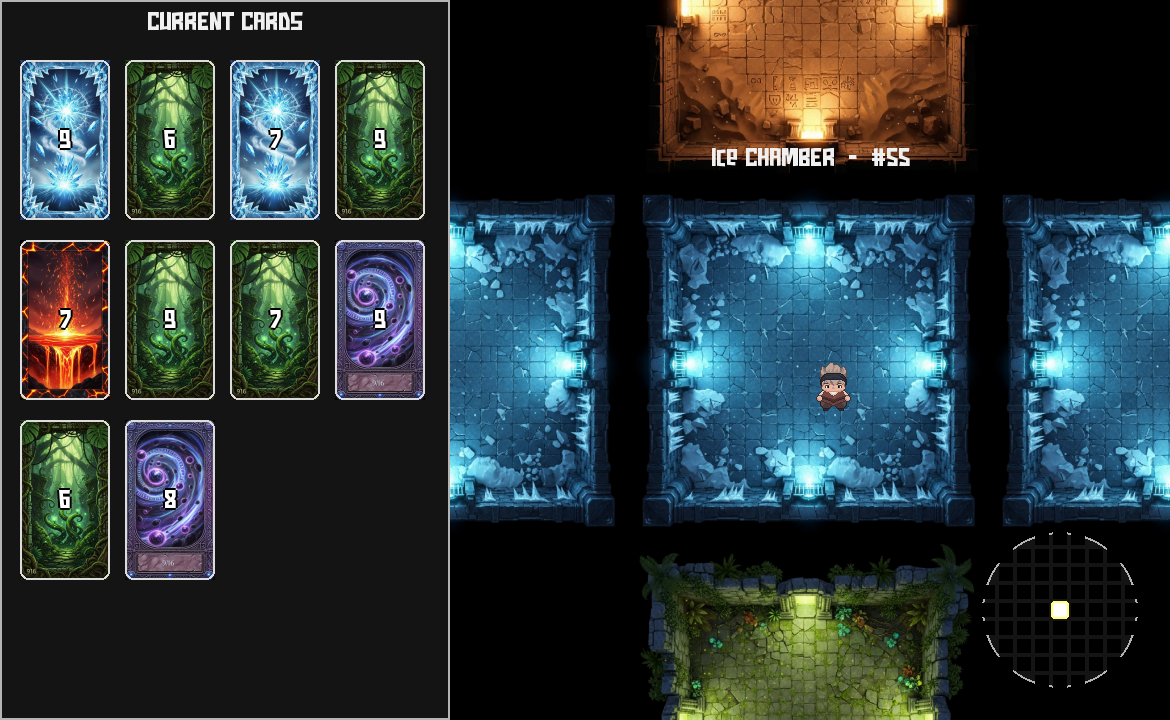
Repository: MehediMim/GateBound
Script's output: python main.py
The author's editor kept a copy of each file at every save. The script's output is drawn from the files as they stood at one save, then again after a run of saves.
The window is shown after at most 60 frames with no key pressed. Random numbers start from a fixed seed. It also reads assets/bg_arcane.png, assets/bg_desert.png, assets/bg_ice.png, assets/bg_jungle.png, assets/bg_volcanic.png, assets/card_arcane.jpeg, assets/card_desert.jpeg, assets/card_ice.jpeg, assets/card_jungle.jpeg, assets/card_volcanic.jpeg, assets/player_idle.png, assets/player_walk.png and 1 more files.

Above is the script's output before, as saved 2026-01-27 00:18:12.

After the next 2 saves:
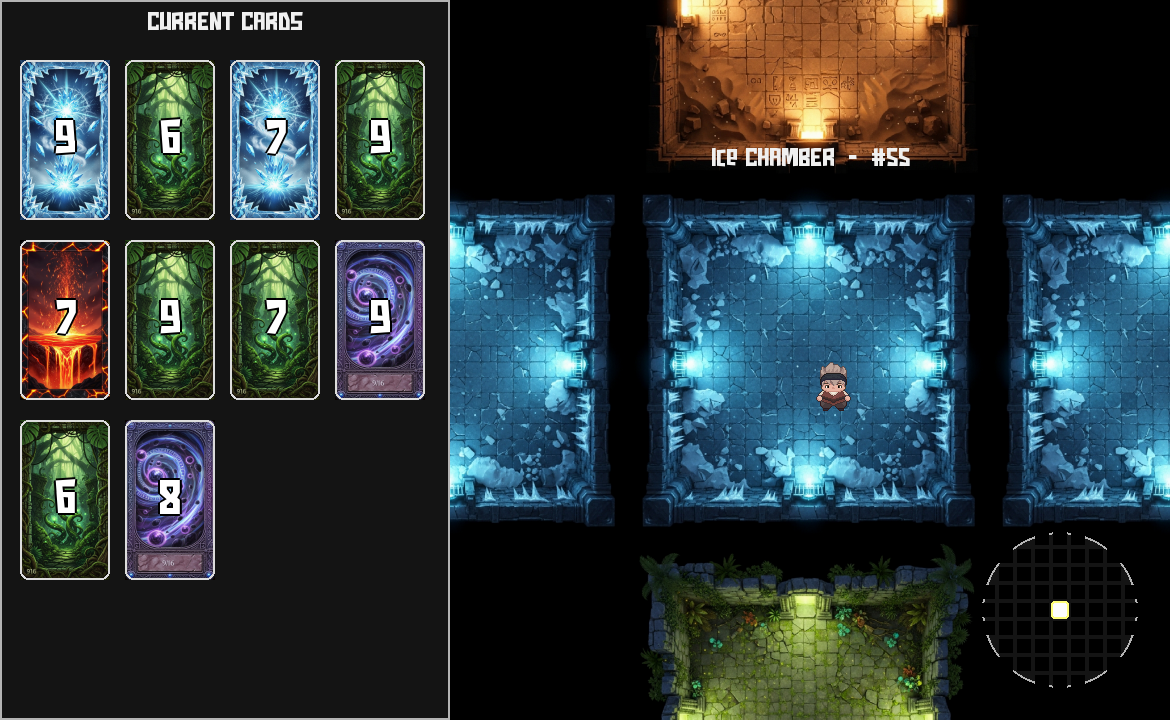
The 2 saves are shown as one change because they came seconds apart.
The last was saved 58 s later.
--- a/main.py
+++ b/main.py
@@ -518,8 +518,8 @@ def draw_cards():
         power_str = str(c["power"])
 
         # outline (black border)
-        power_outline = retro_font.render(power_str, True, (0, 0, 0))
-        power_text = retro_font.render(power_str, True, (255, 255, 255))
+        power_outline = retro_power.render(power_str, True, (0, 0, 0))
+        power_text    = retro_power.render(power_str, True, (255, 255, 255))
 
         px = x + CARD_WIDTH // 2 - power_text.get_width() // 2
         py = y + CARD_HEIGHT // 2 - power_text.get_height() // 2
